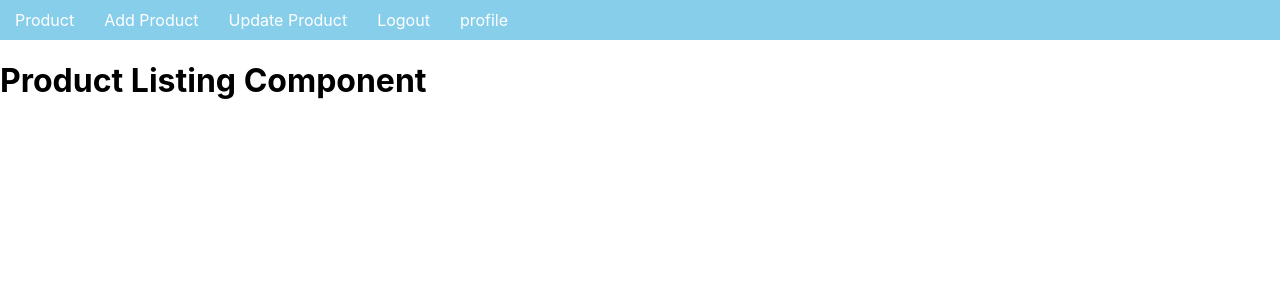
Repository: ShahbazGurmani/react-code-e-dashboard
Page: /
An editor plug-in stored every save of this project. The page is shown before and after the next save, followed by the edit.
The browser window is 1280 px wide. The pictures show the whole page.
The project was rebuilt for these pictures with package versions that can differ from the ones it lists, and the page was loaded fresh each time.

Above is the page before, as saved 2023-08-23 21:46:37.

### src/App.js

import './App.css';
import Nav from './Nav';
import { BrowserRouter, Route, Routes } from 'react-router-dom';

function App() {
  return (
    <div className="App">
      <BrowserRouter>
        <Nav/>
        <Routes>
          <Route path='/' element={<h1>Product Listing Component</h1>}/>
          <Route path='/add' element={<h1>Add Product Component</h1>}/>
          <Route path='/update' element={<h1>Products Update Component</h1>}/>
          <Route path='/logout' element={<h1>Logout Component</h1>}/>
          <Route path='/profile' element={<h1>profile Component</h1>}/>
        </Routes>

        </BrowserRouter>
    </div>
  );
}

export default App;

### src/App.css
.nav-ul{
  padding: 0px;
    margin: 0;
    background-color: skyblue;
}

.nav-ul li{
  display: inline-block;
  padding: 10px;

}

.nav-ul li a{
  color: white;
    padding: 5px;
    text-decoration: none;
}


@media (prefers-reduced-motion: no-preference) {
  .App-logo {
    animation: App-logo-spin infinite 20s linear;
  }
}

.App-header {
  background-color: #282c34;
  min-height: 100vh;
  display: flex;
  flex-direction: column;
  align-items: center;
  justify-content: center;
  font-size: calc(10px + 2vmin);
  color: white;
}

.App-link {
  color: #61dafb;
}

@keyframes App-logo-spin {
  from {
    transform: rotate(0deg);
  }
  to {
    transform: rotate(360deg);
  }
}

### src/Nav.js
import React from "react";
import { Link } from "react-router-dom";

const Nav = ()=>{
    return(
        <div>
            <ul className="nav-ul">
               <li><Link to="/">Product</Link></li>
               <li><Link to="/add">Add Product</Link></li>
               <li><Link to="/update">Update Product</Link></li>
               <li><Link to="/logout">Logout</Link></li>
               <li><Link to="/profile">profile</Link></li>
            </ul>
        </div>
    )

}

export default Nav;

### src/components/Footer.js
import React from "react";

const Footer =()=>
{

    return(
        <div>
            <h1>E comm Dashboard </h1>
        </div>
    )
}

export default Footer;

Loaded but not shown: public/index.html (common file); src/index.js (common file); src/index.css (common file); src/reportWebVitals.js (common file)

After the next save:
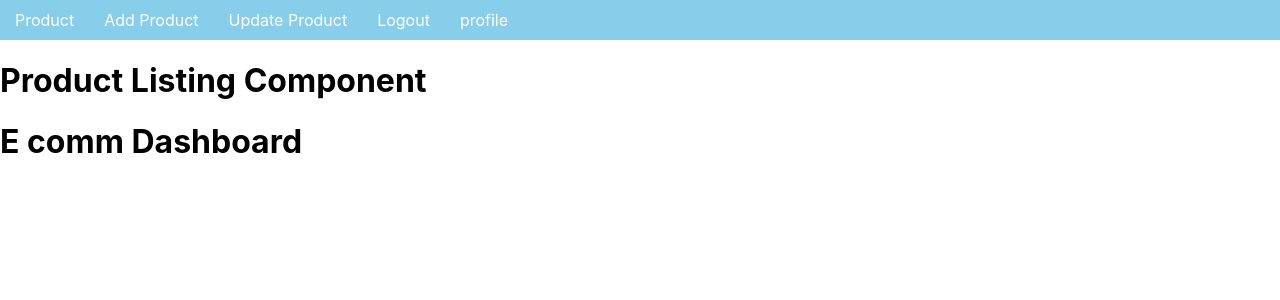
Saved 46 s later.
--- a/src/App.js
+++ b/src/App.js
@@ -1,7 +1,9 @@
 
 import './App.css';
 import Nav from './Nav';
+
 import { BrowserRouter, Route, Routes } from 'react-router-dom';
+import Footer from './components/Footer';
 
 function App() {
   return (
@@ -17,6 +19,7 @@ function App() {
         </Routes>
 
         </BrowserRouter>
+        <Footer/>
     </div>
   );
 }
